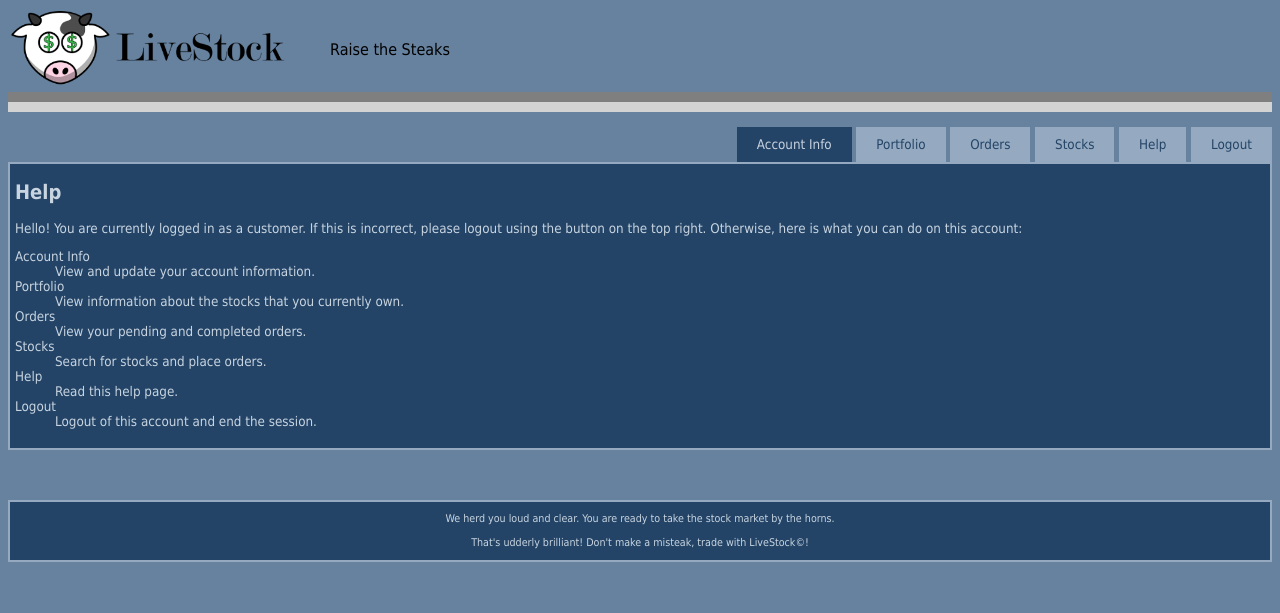
Repository: yastapova/live-stock
Page: http://localhost/LiveStockSite/WEB-INF/cust_help.jsp
These files come from the project's save history. The page is drawn as it stood at one moment and after the next save; the edit follows.
The browser window is 1280 px wide. The pictures show the whole page.
The page is served by Tomcat 9. Nobody is signed in. Other server files are loaded and not shown. The template is opened directly, without the code that normally fills it, so the values that code supplies are empty.

Above is the page before, as saved 2016-04-20 00:01:55.

### LiveStockSite/WebContent/WEB-INF/cust_help.jsp
<!DOCTYPE html>
<html>
<head>
	<meta charset="ISO-8859-1">
	<title>LiveStock Trading | Help</title>
	<link rel="stylesheet" href="gen.css" />
</head>
<body>
	<jsp:include page="_header.jsp"></jsp:include>
	<jsp:include page="_cust_menu.jsp"></jsp:include>
	<div class="body" align="Left">
		<h2>Help</h2>
		<p>Hello! You are currently logged in as a customer. If this is incorrect,
		please logout using the button on the top right. Otherwise, here is what
		you can do on this account:</p>
		<dl>
			<dt>Account Info</dt>
			<dd>View and update your account information.</dd>
			<dt>Portfolio</dt>
			<dd>View information about the stocks that you currently own.</dd>
			<dt>Orders</dt>
			<dd>View your pending and completed orders.</dd>
			<dt>Stocks</dt>
			<dd>Search for stocks and place orders.</dd>
			<dt>Help</dt>
			<dd>Read this help page.</dd>
			<dt>Logout</dt>
			<dd>Logout of this account and end the session.</dd>
		</dl>
	</div>

	<jsp:include page="_footer.jsp"></jsp:include>
</body>
</html>

### LiveStockSite/WebContent/WEB-INF/_header.jsp
<%@ page language="java" contentType="text/html; charset=ISO-8859-1"
    pageEncoding="ISO-8859-1"%>
<div class="header">
	<table>
		<tr>
			<td width='315px'><a href="home"><img src="LivestockLogoName2.png" width='300px'></a></td>
			<td width='300px'><p>Raise the Steaks</p></td>
		</tr>
	</table>
	</div>

### LiveStockSite/WebContent/WEB-INF/_cust_menu.jsp
<%@ page language="java" contentType="text/html; charset=ISO-8859-1"
    pageEncoding="ISO-8859-1"%>
<div class="menu" align="right">
	<a href="cust_acc_info.jsp" class="active">Account Info</a>
	<a href="cust_portfolio.jsp">Portfolio</a>
	<a href="cust_orders.jsp">Orders</a>
	<a href="cust_stocks.jsp">Stocks</a>
	<a href="cust_help.jsp">Help</a>
	<a href="">Logout</a>
</div>

### LiveStockSite/WebContent/WEB-INF/_footer.jsp
<%@ page language="java" contentType="text/html; charset=ISO-8859-1"
    pageEncoding="ISO-8859-1"%>
<div class="footer">
	<p>We herd you loud and clear. You are ready to take the stock market by the horns.</p>
	<p>That's udderly brilliant! Don't make a misteak, trade with LiveStock&copy;!</p>
</div>

### LiveStockSite/WebContent/WEB-INF/gen.css
@CHARSET "ISO-8859-1";

body {
	background-color: #67829F;
	font-family: Tahoma;
}
a {
	font-size: 10pt;
}
.body a:link {
	color: #D6C9E2;
}
.body a:visited {
	color: #896AA4;
}
.body a:hover {
	color: #D6C9E2;
}
.formlabel {
	font-size: 10pt;
}
.accinfo {
	font-size: 10pt;
	font-family: "Times New Roman";
}
.header {
	border-bottom-style: groove;
	border-bottom-width: 20px;
	border-bottom-color: lightgrey;
	margin-bottom: 15px;
}
.body {
	padding-left: 5px;
	padding-right: 5px;
	padding-bottom: 5px;
	background-color: #234467;
	border-style: solid;
	border-width: 2px;
	border-color: #95AAC0;
	color: #C8D4E0;
	font-size: 10pt;
}
.footer {
	text-align: center;
	margin-top: 50px;
	padding-left: 5px;
	padding-right: 5px;
	background-color: #234467;
	border-style: solid;
	border-width: 2px;
	border-color: #95AAC0;
	color: #C8D4E0;
}
.footer p {
	font-size: 8pt;
}
.menu a, a:visited {
	background-color: #95AAC0;
	color: #234467;
	padding: 10px 20px;
	text-align: center;
	text-decoration: none;
	display: inline-block;
}
.menu a:hover {
	background-color: #234467;
	color: #C8D3E0;
}
.menu a.active {
	background-color: #234467;
	color: #C8D3E0;
}

After the next save:
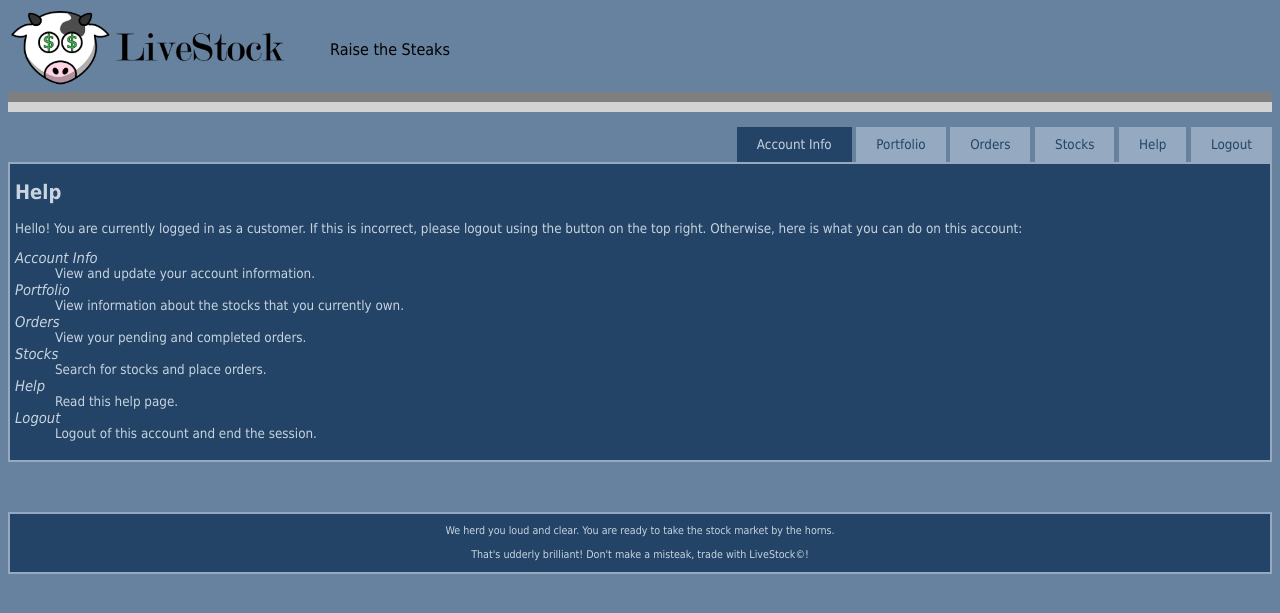
Saved 62 s later.
--- a/LiveStockSite/WebContent/WEB-INF/gen.css
+++ b/LiveStockSite/WebContent/WEB-INF/gen.css
@@ -40,6 +40,10 @@ a {
 	color: #C8D4E0;
 	font-size: 10pt;
 }
+.body dt {
+	font-style: italic;
+	font-size: 11pt;
+}
 .footer {
 	text-align: center;
 	margin-top: 50px;
